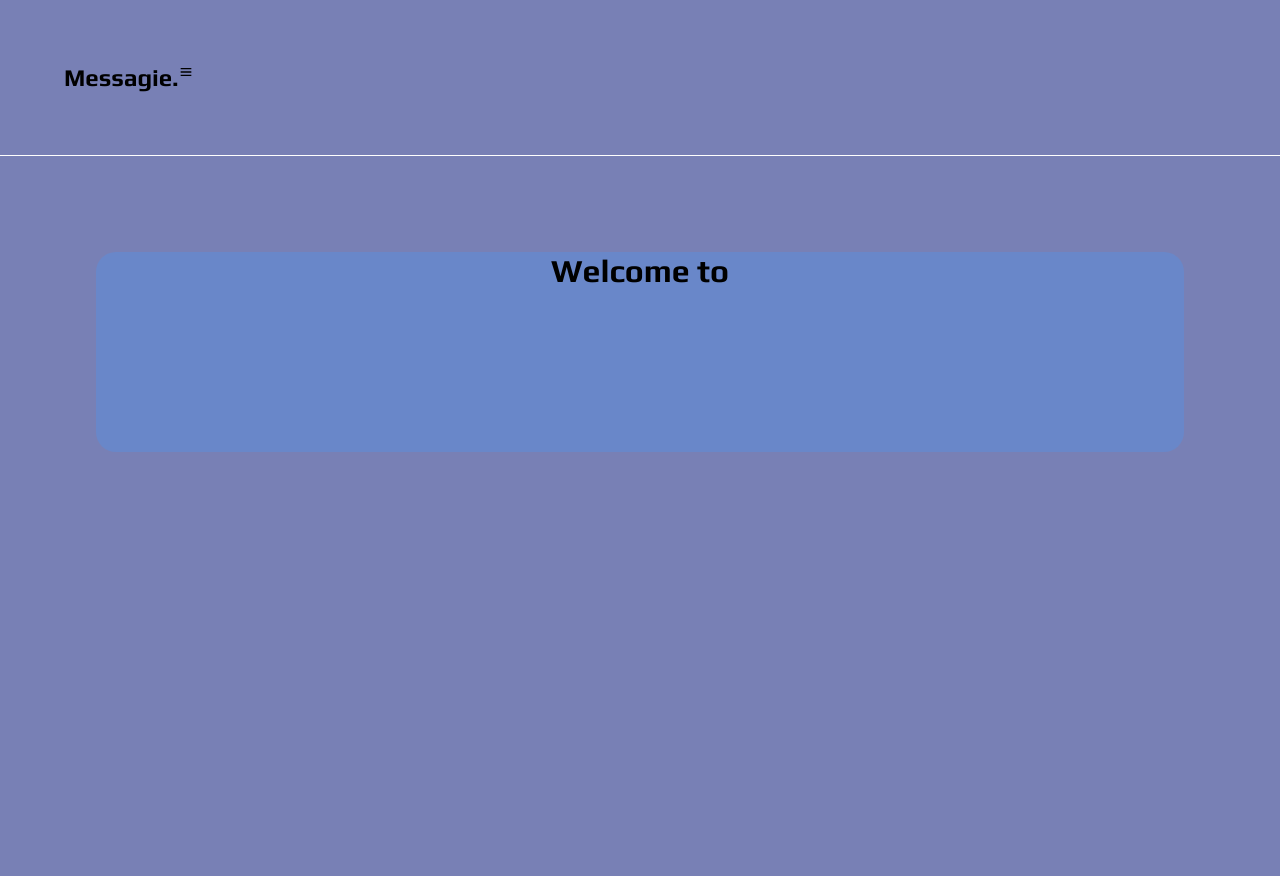
Repository: shaelorch/typeytalkey
Page: /
These files come from the project's save history. The page is drawn as it stood at one moment and after a run of saves; the edit follows.
The browser window is 1280 px wide. The pictures show the whole page.
The project was rebuilt for these pictures with package versions that can differ from the ones it lists, and the page was loaded fresh each time. The framework's server and built-in components were replaced by stand-ins that run in the browser. Also part of the build but not shown: next.config.js.

Above is the page before, as saved 2023-02-24 14:40:03.

After the next 2 saves:
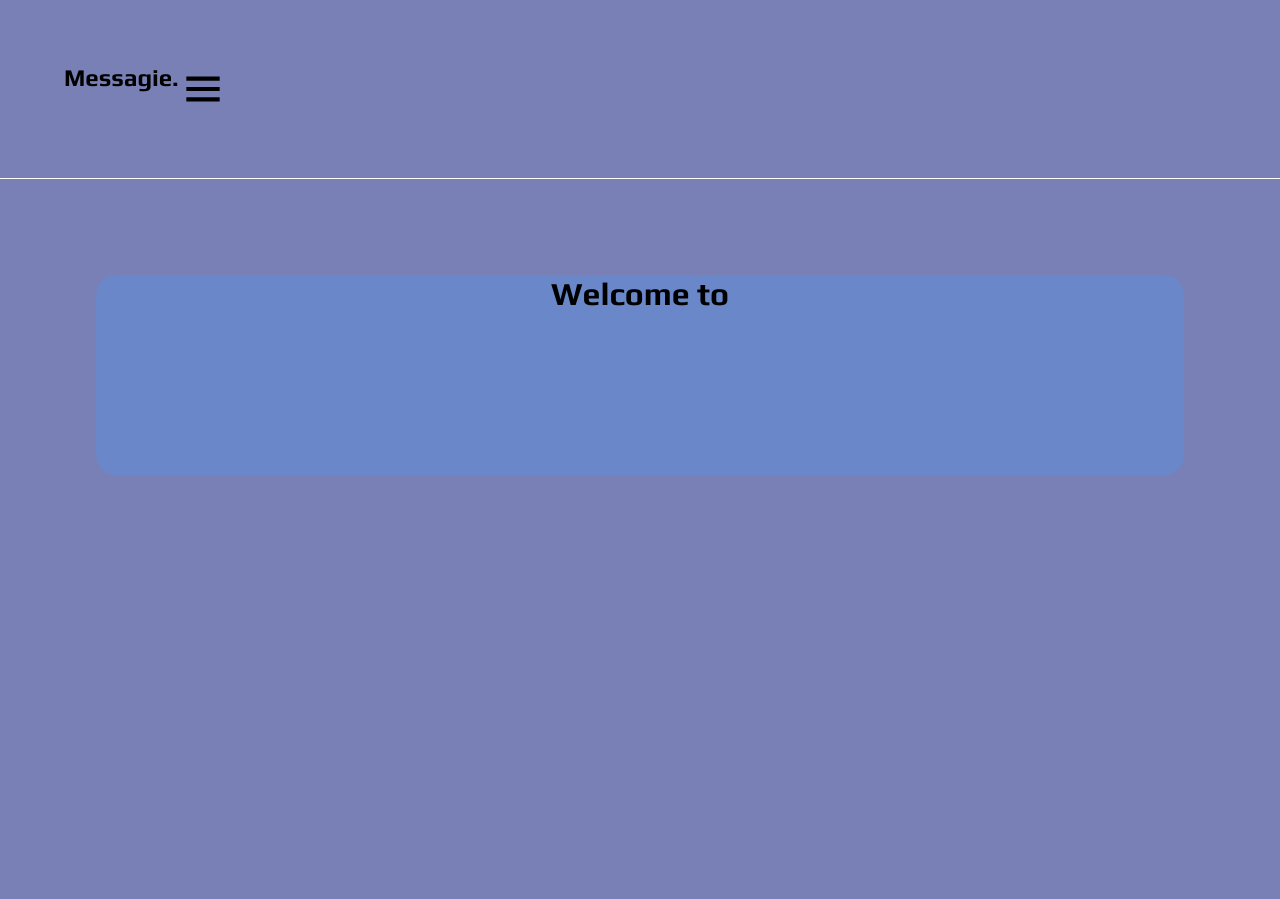
The 2 saves are shown as one change because they came seconds apart.
The last was saved 8 s later.
--- a/comps/Logo.js
+++ b/comps/Logo.js
@@ -6,7 +6,7 @@
     return (
         <div className={styles.logocont} >
             <h2>Messagie.</h2>
-            <BiMenu width={200} height={200}/>
+            <BiMenu size={50}/>
         </div>
     )
 }
